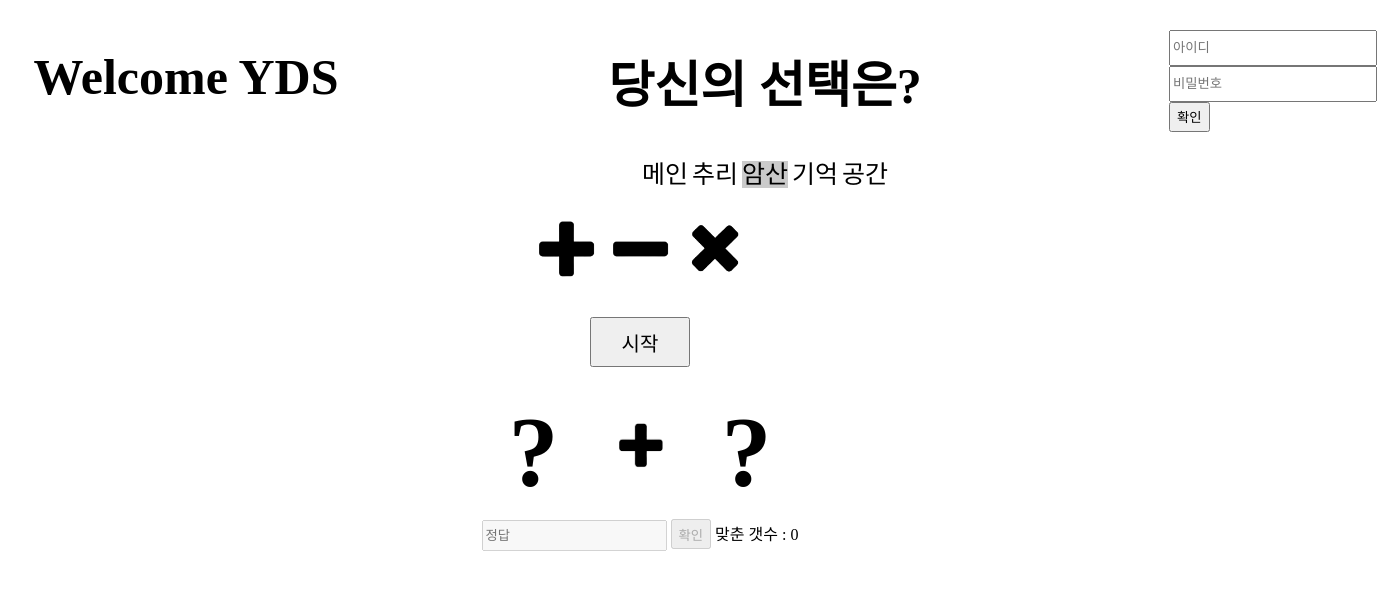
Repository: ejrtn/springbootMaven
Page: deoksu/src/main/resources/static/math.html
The author's editor kept a copy of each file at every save. The page is drawn from the files as they stood at one save, then again after the next save.
The browser window is 1280 px wide. The page is 1380 px wide, then 1280 px, so the pictures cover 1380 px, including what lies to the right of the window. The pictures show the whole page.

Above is the page before, as saved 2021-04-10 13:20:34.

### deoksu/src/main/resources/static/math.html
<!DOCTYPE html>
<html>
<head>
<meta charset="UTF-8">
<title>Insert title here</title>
<style type="text/css">
	.Arithmetic {width: 55px; height: 55px; margin:50px 50px 13px 50px;}
	.number {font-size: 100px;}
	.Arithmetic_button {width: 70px; height: 70px; cursor: pointer;}
	.timer {width: 100px; height: 50px; margin-top: 30px; font-size: 20px;}
	.result_text {height: 25px; margin-top: 10px; margin-bottom: 10px;}
	.result_button {height: 30px; margin-top: 10px; margin-bottom: 10px;}
</style>
<script  src="http://code.jquery.com/jquery-latest.min.js"></script>
<script type="text/javascript">
	var Arithmetic_type ='plus'
	var ok_cnt=0;
	var cnt=1
	var sec=10
	function number_in() {
		$.ajax({
			url: "number",
			type: 'POST',
			data : {'cnt':cnt},
			success: function(data){
				number = data.split(",")
				$("#number1").text(number[0])
				$("#number2").text(number[1])
			},
			error: function(error){

			}
		});
	}
	function Arithmetic(x) {
		Arithmetic_type=x
		if(x=='plus'){
			$("#Arithmetic").attr("src","images/"+x+".png")
		}else if(x=='minus'){
			$("#Arithmetic").attr("src","images/"+x+".png")
		}else{
			$("#Arithmetic").attr("src","images/"+x+".png")
		}
	}
	function result() {
		num1=Number($("#number1").text())
		num2=Number($("#number2").text())
		var result=0
		if(Arithmetic_type=='plus'){
			result=num1+num2
		}else if(Arithmetic_type=='minus'){
			result=num1-num2
		}else{
			result=num1*num2
		}
		if(result==$("#result").val()){
			$("#all_cnt").text(""+(Number($("#all_cnt").text())+1))
			sec=10;
			ok_cnt++;
			if(ok_cnt==9){
				cnt++;
				ok_cnt=0
			}
			number_in();
		}
		$("#result").val("")
	}
	function timer() {
		number_in();
		$("#time").css("color","red")
		$("#time").val(sec+"초")
		$("#result_btn").removeAttr("disabled")
		$("#result").removeAttr("disabled")
		var x = setInterval(function() {
			sec--;
			$("#time").val(sec+"초")
			if(sec<0){
				clearInterval(x)
				$("#time").css("color","black")
				$("#time").val("종료")
				$("#result_btn").attr("disabled","disabled")
				$("#result").attr("disabled","disabled")
				var zz=5
				var xx = setInterval(function() {
					zz--;
					if(zz<0){
						clearInterval(xx)
						sec=10;
						$("#time").val("시작")
					}
				},1000);
			}
		},1000);

	}
	function enterkey() {
        if (window.event.keyCode == 13) {
        	result();
        }
	}
</script>
</head>
<body>
	<div align="center">
		<table>
			<tr>
				<td>
					<h1 align="center" style="font-size: 50px; width: 350px; height:66px;">Welcome YDS</h1>
				</td>
				<td>
					<h1 align="center"  style="font-size: 50px; width: 400px; margin-left: 200px; margin-right: 200px;">당신의 선택은?</h1>
				</td>
				<td>
					<input type="text" placeholder="아이디" style="height: 30px; width: 200px;">
					<input type="password" placeholder="비밀번호" style="height: 30px; width: 200px;">
					<input type="button" value="확인" style="height: 30px;">
				</td>
			</tr>
			<tr align="center">
				<td></td>
				<td>
					<label style="font-size: 25px; cursor: pointer;" onclick="location.href='/'">메인</label>
					<label style="font-size: 25px; cursor: pointer;" onclick="location.href='sudoku'">추리</label>
					<label style="font-size: 25px; cursor: pointer; background-color: #9e9e9e8c;" onclick="location.href='math'">암산</label>
					<label style="font-size: 25px; cursor: pointer;" onclick="location.href='memorization'">기억</label>
					<label style="font-size: 25px; cursor: pointer;" onclick="location.href='space'">공간</label>
				</td>
				<td></td>
			</tr>
		</table>
	</div>
	<div align="center" style="margin-top: 20px;">
		<div>
			<div align="center">
				<img class="Arithmetic_button" src="images/main_img/plus.png" onclick="Arithmetic('plus')" alt="">
				<img class="Arithmetic_button" src="images/main_img/minus.png" onclick="Arithmetic('minus')">
				<img class="Arithmetic_button" src="images/main_img/multiplication.png" onclick="Arithmetic('multiplication')">
			</div>
			<div align="center" >
				<input type="button" class="timer" value="시작" id="time" onclick="timer()">
			</div>
			<div align="center">
				<b class="number" id='number1'>?</b>
				<img src="images/plus.png" class="Arithmetic" id="Arithmetic">
				<b class="number" id='number2'>?</b>
			</div>
			<div align="center">
				<input type='text' class='result_text' placeholder="정답" id='result' disabled="disabled" onkeyup="enterkey()">
				<input type="button" value='확인' onclick='result()'  class='result_button' disabled="disabled" id="result_btn">
				<label>맞춘 갯수 : </label><label id='all_cnt'>0</label>
			</div>
		</div>
	</div>

</body>
</html>

After the next save:
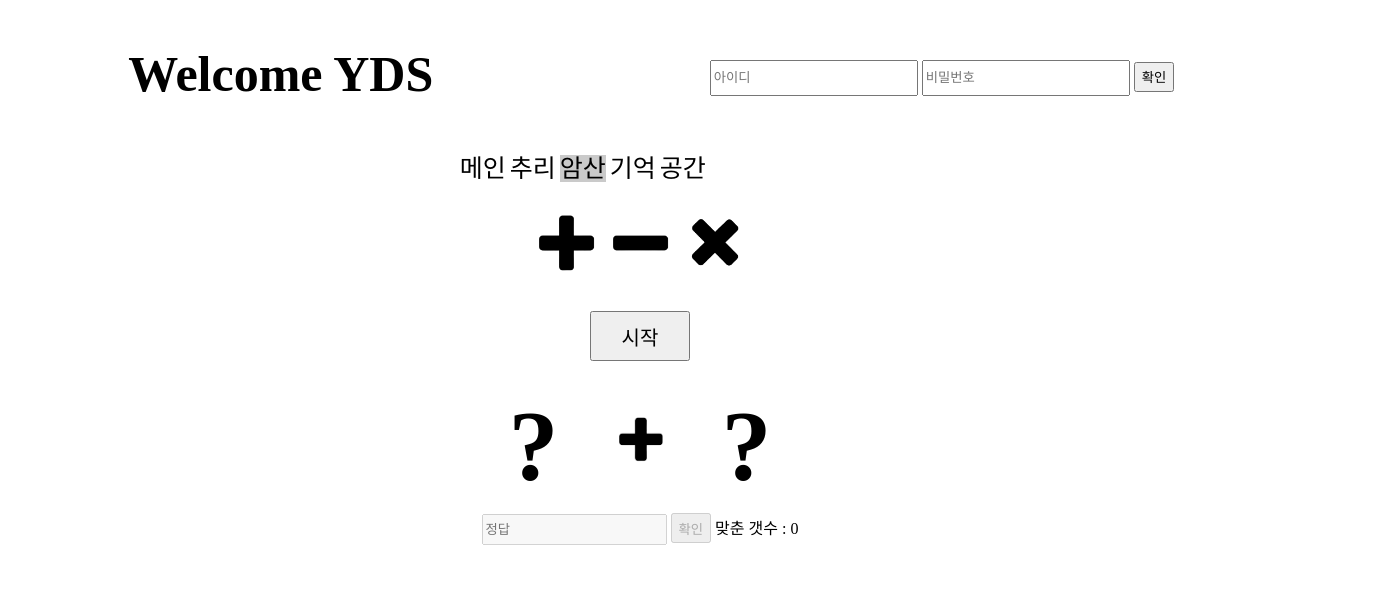
Saved 20 min 3 s later.
--- a/deoksu/src/main/resources/static/math.html
+++ b/deoksu/src/main/resources/static/math.html
@@ -108,7 +108,7 @@
 					<h1 align="center" style="font-size: 50px; width: 350px; height:66px;">Welcome YDS</h1>
 				</td>
 				<td>
-					<h1 align="center"  style="font-size: 50px; width: 400px; margin-left: 200px; margin-right: 200px;">당신의 선택은?</h1>
+
 				</td>
 				<td>
 					<input type="text" placeholder="아이디" style="height: 30px; width: 200px;">
@@ -130,7 +130,6 @@
 		</table>
 	</div>
 	<div align="center" style="margin-top: 20px;">
-		<div>
 			<div align="center">
 				<img class="Arithmetic_button" src="images/main_img/plus.png" onclick="Arithmetic('plus')" alt="">
 				<img class="Arithmetic_button" src="images/main_img/minus.png" onclick="Arithmetic('minus')">
@@ -149,7 +148,6 @@
 				<input type="button" value='확인' onclick='result()'  class='result_button' disabled="disabled" id="result_btn">
 				<label>맞춘 갯수 : </label><label id='all_cnt'>0</label>
 			</div>
-		</div>
 	</div>
 
 </body>
